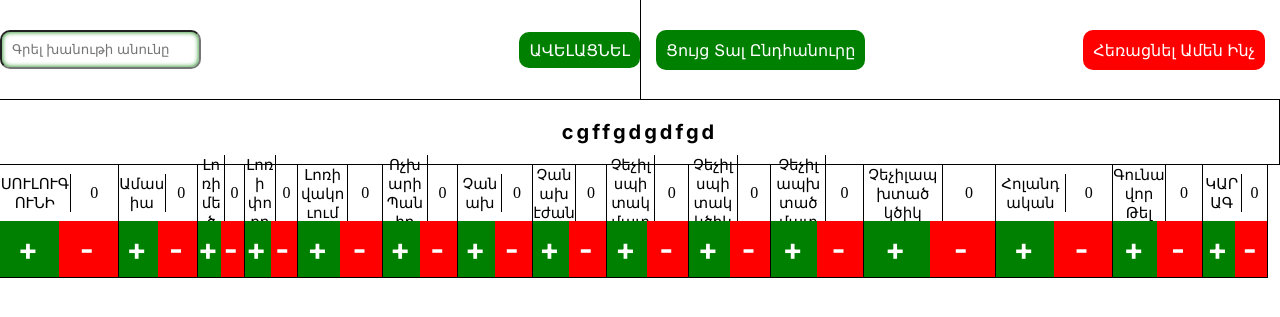
Repository: AbApin/amasia
Page: /
The author's editor kept a copy of each file at every save. The page is drawn from the files as they stood at one save, then again after the next save.
The browser window is 1280 px wide. The pictures show the whole page.
The project was rebuilt for these pictures with package versions that can differ from the ones it lists, and the page was loaded fresh each time. Also part of the build but not shown: vue.config.js.

Above is the page before, as saved 2023-02-03 11:47:40.

### public/index.html
<!DOCTYPE html>
<html lang="">
  <head>
    <meta charset="utf-8" />
    <meta http-equiv="X-UA-Compatible" content="IE=edge" />
    <meta name="viewport" content="width=device-width,initial-scale=1.0" />
    <link rel="icon" href="<%= BASE_URL %>favicon.ico" />
    <title><%= htmlWebpackPlugin.options.title %></title>
    <link
      href="https://fonts.googleapis.com/css?family=Inter:100,200,300,regular,500,600,700,800,900"
      rel="stylesheet"
    />
  </head>
  <body>
    <noscript>
      <strong
        >We're sorry but <%= htmlWebpackPlugin.options.title %> doesn't work properly without
        JavaScript enabled. Please enable it to continue.</strong
      >
    </noscript>
    <div id="app"></div>
    <!-- built files will be auto injected -->
  </body>
</html>

### src/main.js
import Vue from 'vue';
import App from './App.vue';
import store from './store';
store.subscribe((mutation, state) => {
  localStorage.setItem('xanutner', JSON.stringify(state.xanutner));
  localStorage.setItem('datarkXanutner', JSON.stringify(state.isEmpty));
});
Vue.config.productionTip = false;

new Vue({
  store,
  render: (h) => h(App),
}).$mount('#app');

### src/App.vue
<template>
  <div id="app">
    <div class="header">
      <div class="avelacnelXanut">
        <input type="text" class="avelacnelInput" placeholder="Գրել խանութի անունը">
        <button class="avelacnelBtn">Ավելացնել</button>
      </div>
      <div class="cuycTal">
        <button class="cuycTalBtn" @click="isClick = true">ցույց տալ ընդհանուրը</button>
        <button class="heracnelBtn" @click="REMOVEALL">հեռացնել ամեն ինչ</button>
      </div>
      <div v-show="isClick" class="endhanurQanak">
        <button @click="isClick = false" class="closeBtn">X</button>
        <div class="endhanurQanakInner" :class="!ISEMPTY ? 'ovAuto' : ''">
          <p v-if="ISEMPTY" class="noProducts">Ոչ մի ապրանք</p>
          <ul class="endhanurQanakiList">
            <li
              v-for="xanutiAnun in Object.keys(ZAKAZNER)"
              :key="xanutiAnun"
              class="endhanurQanakiListItem"
            >
              <p class="endhanurQanakiListItemXanutiAnun">{{ xanutiAnun }}</p>
              <ul class="endhanurApranqneriList">
                <li
                  v-for="endhanurApranq in ZAKAZNER[xanutiAnun]"
                  :key="endhanurApranq.anun"
                  class="endhanurApranqneriListItem"
                >
                  <p class="endhanurApranqneriListItemAnun">{{ endhanurApranq.anun }}</p>
                  <p class="endhanurApranqneriListItemQanak">{{ endhanurApranq.qanak }}</p>
                </li>
              </ul>
            </li>
          </ul>
        </div>
      </div>
    </div>
    <div class="content">
      <ul class="contentList">
        <li v-for="xanutiAnun in Object.keys(XANUTNER)" :key="xanutiAnun" class="contentItem">
          <p class="xanutiAnun">{{ xanutiAnun }}</p>
          <ul class="apranqneriList">
            <li
              v-for="(apranq, apranqiHamar) in XANUTNER[xanutiAnun]"
              :key="apranqiHamar"
              class="apranqneriListItem"
            >
              <div class="apranqiText">
                <p class="apranqiAnun">{{ apranq.anun }}</p>
                <p class="apranqiQanak">{{ apranq.qanak }}</p>
              </div>
              <div class="apranqiAvelPakas">
                <button class="plus apranqiBtn" @click="AVELACNEL({ xanutiAnun, apranqiHamar })">
                  +
                </button>
                <button class="minus apranqiBtn" @click="PAKASACNEL({ xanutiAnun, apranqiHamar })">
                  -
                </button>
              </div>
            </li>
          </ul>
        </li>
      </ul>
    </div>
  </div>
</template>

<script>
import { mapGetters, mapMutations } from 'vuex';
export default {
  name: 'App',
  components: {},
  data() {
    return {
      isClick: false,
    };
  },
  beforeMount() {
    this.INITIAL();
  },
  methods: {
    ...mapMutations(['AVELACNEL', 'PAKASACNEL', 'INITIAL', 'REMOVEALL']),
  },
  computed: {
    ...mapGetters(['XANUTNER', 'ZAKAZNER', 'ISEMPTY']),
  },
};
</script>

<style>
@import './app.css';
</style>

### src/store/index.js
import Vuex from 'vuex';
import Vue from 'vue';

Vue.use(Vuex);

const store = new Vuex.Store({
  state: {
    xanutner: {
      cgffgdgdfgd: [
        { anun: 'ՍՈՒԼՈՒԳՈՒՆԻ', qanak: 0 },
        { anun: 'Ամասիա', qanak: 0 },
        { anun: 'Լոռի մեծ', qanak: 0 },
        { anun: 'Լոռի փոքր', qanak: 0 },
        { anun: 'Լոռի վակուում', qanak: 0 },
        { anun: 'Ոչխարի Պանիր', qanak: 0 },
        { anun: 'Չանախ', qanak: 0 },
        { anun: 'Չանախ էժան', qanak: 0 },
        { anun: 'Չեչիլ սպիտակ մատ', qanak: 0 },
        { anun: 'Չեչիլ սպիտակ կծիկ', qanak: 0 },
        { anun: 'Չեչիլ ապխտած մատ', qanak: 0 },
        { anun: 'Չեչիլապխտած կծիկ', qanak: 0 },
        { anun: 'Հոլանդական', qanak: 0 },
        { anun: 'Գունավոր Թել', qanak: 0 },
        { anun: 'ԿԱՐԱԳ', qanak: 0 },
      ],
    },
    isEmpty: true,
  },
  mutations: {
    AVELACNEL(state, payload) {
      state.xanutner[payload.xanutiAnun][payload.apranqiHamar].qanak += 1;
    },
    PAKASACNEL(state, payload) {
      let qanak = state.xanutner[payload.xanutiAnun][payload.apranqiHamar].qanak;
      if (qanak >= 1) {
        state.xanutner[payload.xanutiAnun][payload.apranqiHamar].qanak -= 1;
      }
      console.log(state.$getters.ZAKAZNER);
    },
    INITIAL(state) {
      if (localStorage.getItem('xanutner')) {
        state.xanutner = JSON.parse(localStorage.xanutner);
      } else if (localStorage.getItem('datarkXanutner')) {
        state.isEmpty = JSON.parse(localStorage.datarkXanutner);
      }
    },
    REMOVEALL(state) {
      Object.keys(state.xanutner).forEach((xanut) => {
        state.xanutner[xanut].map((el) => {
          el.qanak = 0;
        });
      });
      state.isEmpty = true;
    },
  },
  getters: {
    XANUTNER(state) {
      localStorage.setItem('key', JSON.stringify(state));
      return state.xanutner;
    },
    ZAKAZNER(state) {
      let zakazner = {};
      Object.keys(state.xanutner).forEach((xanut) => {
        zakazner[xanut] = state.xanutner[xanut].filter(function (el) {
          return el.qanak > 0;
        });
        if (zakazner[xanut].length === 0) {
          delete zakazner[xanut];
        }
      });
      Object.keys(zakazner).forEach((zakaz) => {
        if (zakazner[zakaz].length === 0) {
          state.isEmpty = true;
        } else {
          state.isEmpty = false;
        }
      });

      return zakazner;
    },
    ISEMPTY(state) {
      return state.isEmpty;
    },
  },
});

export default store;

### src/app.css
*,
*::after,
*::before {
  margin: 0;
  padding: 0;
  box-sizing: border-box;
}
ul {
  list-style: none;
}
#app {
  display: flex;
  flex-direction: column;
  min-height: 100vh;
}
.header {
  display: flex;
  justify-content: space-between;
  width: 100%;
  height: 100px;
  border-bottom: 1px solid #000;
}
.avelacnelXanut {
  display: flex;
  justify-content: space-between;
  width: 50%;
  gap: 20px;
  align-items: center;
}
.avelacnelBtn {
  font-family: 'Inter';
  font-size: 16px;
  line-height: 1;
  text-transform: uppercase;
  border: none;
  padding: 10px;
  background: green;
  color: #fff;
  border-radius: 10px;
}
.avelacnelInput {
  padding: 10px;
  border-radius: 10px;
  outline: none;
  box-shadow: inset 0 0 5px green;
}
.contentList {
  display: flex;
  flex-direction: column;
}
.contentItem {
  display: flex;
  flex-direction: column;
  justify-content: space-between;
}
.xanutiAnun {
  display: flex;
  align-items: center;
  justify-content: center;
  width: 100%;
  font-family: 'Inter';
  font-size: 20px;
  font-weight: 700;
  letter-spacing: 3px;
  word-wrap: break-word;
  padding: 20px 30px;
  border: 1px solid #000;
  border-top: 0;
  border-left: 0;
}
.apranqneriList {
  width: 90%;
  display: flex;
  justify-content: space-between;
}
.apranqneriListItem {
  display: flex;
  flex-direction: column;
  flex: 1 1 0;
  border: 1px solid #000;
  border-top: 0;
  border-left: 0;
}
.apranqiText {
  display: flex;
  justify-content: space-between;
  align-items: center;
  height: 50%;
}
.apranqiAnun {
  font-family: 'Inter';
  font-size: 15px;
  font-weight: 500;
  word-wrap: break-word;
  text-align: center;
  width: 60%;
  border-right: 1px solid #000;
}
.apranqiQanak {
  display: flex;
  justify-content: center;
  align-items: center;
  width: 40%;
}
.apranqiAvelPakas {
  display: flex;
  justify-content: space-between;
  width: 100%;
  height: 50%;
}
.apranqiBtn {
  display: inline-flex;
  justify-content: center;
  align-items: center;
  font-family: 'Inter';
  font-size: 30px;
  font-weight: 700;
  letter-spacing: 3px;
  border: none;
  color: #fff;
  width: 50%;
  cursor: pointer;
}
.plus {
  background: green;
}
.minus {
  background: red;
}
.cuycTal {
  width: 50%;
  display: flex;
  align-items: center;
  justify-content: space-between;
  gap: 10px;
  padding: 15px;
  border-left: 1px solid #000;
}
.heracnelBtn,
.cuycTalBtn {
  display: inline-block;
  font-family: 'Inter';
  font-size: 16px;
  padding: 10px;
  border-radius: 10px;
  border: none;
  color: #fff;
  text-transform: capitalize;
  cursor: pointer;
  transition: all 0.3s linear;
}
.heracnelBtn {
  background: red;
}
.cuycTalBtn {
  background: green;
}

/* endahnur */
.endhanurQanak {
  display: flex;
  justify-content: center;
  align-items: center;
  position: fixed;
  z-index: 999;
  top: 0;
  left: 0;
  width: 100%;
  height: 100%;
  background-color: rgba(0, 0, 0, 0.7);
}
.endhanurQanakInner {
  width: 90%;
  height: 90%;
  background: #fff;
  box-shadow: 0 0 10px #fff;
  border-radius: 20px;
}
.ovAuto {
  overflow: auto;
}
.endhanurQanakiList {
  display: flex;
  flex-direction: column;
  justify-content: space-between;
  height: 100%;
}
.endhanurQanakiListItem {
  display: flex;
  align-items: center;
  flex: 1 1 0;
  border-bottom: 1px solid #000;
}
.endhanurQanakiListItem:last-child {
  border-bottom: none;
}
.endhanurQanakiListItemXanutiAnun {
  border-right: 1px solid #000;
  width: 10%;
  display: flex;
  align-items: center;
  justify-content: center;
  height: 100%;
  font-family: 'Inter';
  font-size: 18px;
  letter-spacing: 1px;
  text-transform: capitalize;
}
.endhanurApranqneriList {
  height: 100%;
  width: 90%;
  display: flex;
  flex-direction: column;
  justify-content: space-between;
  overflow: auto;
}
.endhanurApranqneriListItem {
  display: flex;
  gap: 10px;
  flex: 1 1 0;
  align-items: center;
  justify-content: flex-start;
  padding: 10px;
  border-bottom: 1px solid #000;
}
.endhanurApranqneriListItem:last-child {
  border-bottom: none;
}
.endhanurApranqneriListItemQanak {
  color: red;
  font-size: 25px;
  font-family: 'Inter';
  font-weight: 700;
}
.endhanurApranqneriListItemAnun {
  font-weight: bold;
  font-size: 20px;
}
.noProducts {
  display: flex;
  justify-content: center;
  align-items: center;
  font-size: 2rem;
  font-family: 'Inter';
  font-style: italic;
  font-weight: 700;
  width: 100%;
  height: 100%;
  padding: 20px;
}
.closeBtn {
  display: inline-block;
  color: #fff;
  font-size: 25px;
  position: absolute;
  right: 15px;
  top: 5px;
  background: transparent;
  border: none;
  cursor: pointer;
}

@media screen and (max-width: 767px) {
  .header {
    flex-direction: column-reverse;
    height: 150px;
  }
  .avelacnelXanut {
    padding: 20px;
    height: 50%;
    width: 100%;
  }
  .cuycTal {
    width: 100%;
    height: 50%;
    gap: 5px;
    padding: 10px;
    border: 0;
    border-bottom: 1px solid #000;
  }
  .heracnelBtn,
  .cuycTalBtn {
  }
  .xanutiAnun {
    font-size: 16px;
    letter-spacing: 0;
    word-break: break-word;
    width: 33%;
    padding: 10px;
    text-align: center;
  }
  .apranqneriList {
    overflow: auto;
  }
  .apranqneriListItem {
    min-width: 150px;
  }
  .endhanurQanakiListItemXanutiAnun {
    width: 50%;
    letter-spacing: 0;
    font-size: 16px;
    padding: 5px;
  }
}

After the next save:
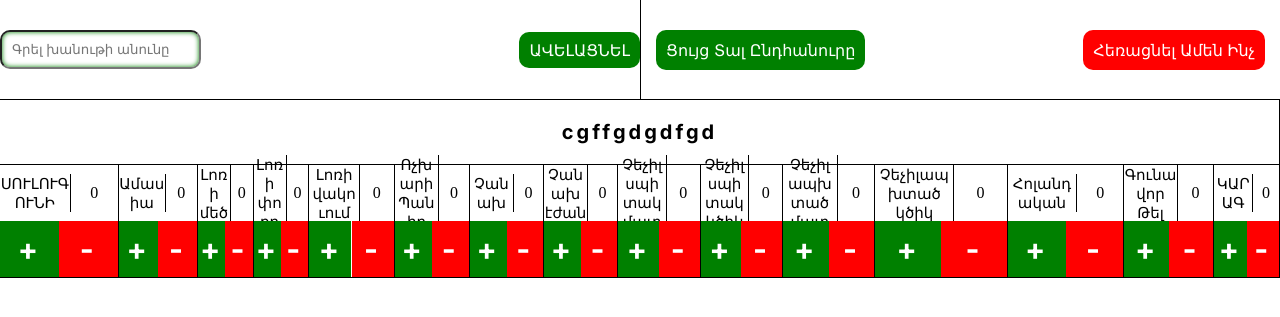
Saved 10 s later.
--- a/src/app.css
+++ b/src/app.css
@@ -69,7 +69,7 @@ ul {
   border-left: 0;
 }
 .apranqneriList {
-  width: 90%;
+  width: 100%;
   display: flex;
   justify-content: space-between;
 }
